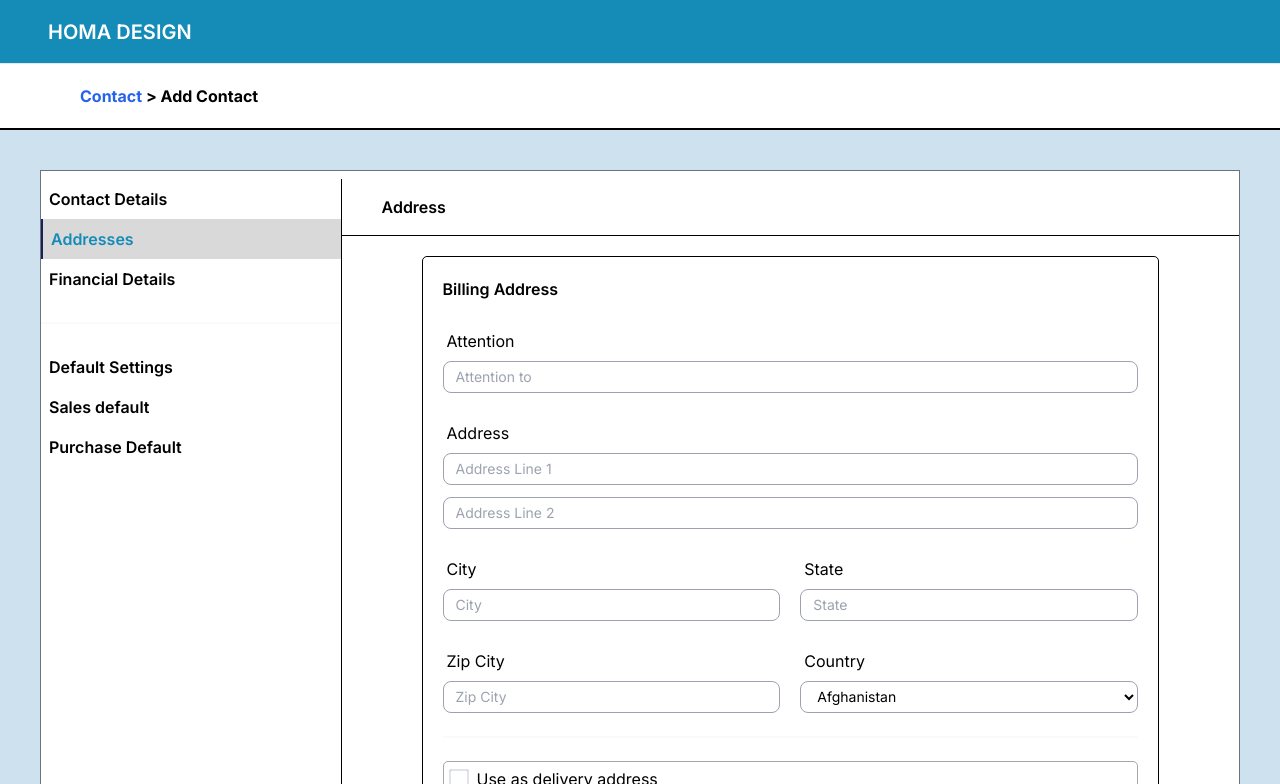
Repository: khairul35/homa-FE
Page: /contact
The author's editor kept a copy of each file at every save. The page is drawn from the files as they stood at one save, then again after the next save.
The browser window is 1280 px wide. The pictures show the whole page.
An inner scrolling area shows only its first screen. The project was rebuilt for these pictures with package versions that can differ from the ones it lists, and the page was loaded fresh each time. The framework's server and built-in components were replaced by stand-ins that run in the browser. Also part of the build but not shown: next.config.js, app/components/layout/header/BusinessMenu.tsx, app/components/layout/header/CompanyMenu.tsx, app/contact/index.component.tsx, app/contact/form/contact-details/index.module.css, app/contact/form/contact-details/index.component.tsx, app/contact/form/contact-details/index.tsx.

Above is the page before, as saved 2024-01-07 21:40:49.

### app/layout.tsx
import type { Metadata } from 'next'
import { Inter } from 'next/font/google'
import Header from './components/layout/Header';
import './globals.css'

const inter = Inter({ subsets: ['latin'] })

export const metadata: Metadata = {
  title: 'MyAccount2U',
  description: 'Accounting System',
}

export default function RootLayout({
  children,
}: {
  children: React.ReactNode
}) {
  return (
    <html lang="en">
      <body className={inter.className}>
        <div className='flex flex-col h-screen'>
          <Header />
          {children}
        </div>
      </body>
    </html>
  )
}

### app/contact/form/index.tsx
'use client';

import { useState } from "react";
import Component from "./index.component";
import { ComponentProps, FormProps } from "./index.props";

const ContactForm = (props: FormProps) => {
    const {
        selectedContact,
        setShow,
        setSelectedContact,
        handleContactChange,
        handlePrimaryPersonChange,
        handlePhoneNumberChange,
        onSaveDetail,
        onCancel,
    } = props;

    const [menu, setMenu] = useState<string>('address');

    const onBack = () => {
        setShow('list');
    };

    const addAnotherPerson = () => {
        const arr = selectedContact?.contactPrimaryPerson || [];
        arr.push({
            firstName: '',
            lastName: '',
            email: '',
        });
        const updatedDetail = {
            ...selectedContact,
            ...arr
        };
        setSelectedContact(updatedDetail);
    };

    const addPhoneNumber = () => {
        const arr = selectedContact?.contactPhoneNumber || [];
        arr.push({
            countryCode: '+60',
            number: '',
        });
        const updatedDetail = {
            ...selectedContact,
            ...arr
        };
        setSelectedContact(updatedDetail);
    };
    const componentProps: ComponentProps = {
        menu,
        selectedContact,
        addAnotherPerson,
        addPhoneNumber,
        setMenu,
        onBack,
        handleContactChange,
        handlePrimaryPersonChange,
        handlePhoneNumberChange,
        onSaveDetail,
        onCancel,
    };

    return (<Component {...componentProps} />)
};

export default ContactForm;

### api/organization/index.ts
import repository from "../repository";
import { CreateOrganizationProps, UpdateOrganizationProps } from "./props";

const resource = '/api/organization';

const api = {
    findMyOrganization() {
        return repository.get(`${resource}/me`);
    },
    findMyOrganizations() {
        return repository.get(`${resource}/me/all`);
    },
    createOrganization(body: CreateOrganizationProps) {
        return repository.post(`${resource}`, body);
    },
    updateOrganization(body: UpdateOrganizationProps) {
        return repository.put(`${resource}`, body);
    },
    updateCurrentOrganization(organizationId: number) {
        return repository.put(`${resource}/current-organization/${organizationId}`);
    },
};

export default api;

### api/repository.ts
import axios from 'axios';
import AuthRepository from './auth';

const repository = axios.create({
    baseURL: 'http://localhost:3000',
});

// Request interceptor to add Bearer token to outgoing requests
repository.interceptors.request.use(
    (config) => {
        const accessToken = localStorage.getItem('accessToken');
        if (accessToken) {
            config.headers.Authorization = `Bearer ${accessToken}`;
        }
        return config;
    },
    (error) => {
        return Promise.reject(error);
    }
);

let isRefreshing = false;
let failedQueue: any = [];

// Function to refresh the session and retry failed requests
async function retryFailedRequests(error: any) {
    if (isRefreshing) {
        try {
            const { data } = await AuthRepository.refreshToken();
            localStorage.setItem('accessToken', data.accessToken);
            localStorage.setItem('refreshToken', data.refreshToken);
            localStorage.setItem('isLogin', 'true');
            failedQueue.forEach((prom: any) => {
                prom.resolve(repository(prom.originalRequest));
            });
            failedQueue = [];
        } catch (error) {
            localStorage.setItem('isLogin', 'false');
            window.location.href = '/login';
            failedQueue.forEach((prom: any) => {
                prom.reject(error);
            });
            failedQueue = [];
        } finally {
            isRefreshing = false;
        }
    }
}

// Response interceptor to handle failed requests due to expired tokens
repository.interceptors.response.use(
    (response) => response,
    async (error) => {
        const {
            config,
            response: { status },
        } = error;

        if (status === 401) {
            const originalRequest = config;
            if (!isRefreshing) {
                isRefreshing = true;
                return new Promise((resolve, reject) => {
                    failedQueue.push({ resolve, reject, originalRequest });
                    retryFailedRequests(error);
                }).then((res) => {
                    return res;
                }).catch((err) => {
                    return Promise.reject(err);
                });
            } else {
                return new Promise((resolve, reject) => {
                    failedQueue.push({ resolve, reject, originalRequest });
                }).then((res) => {
                    return res;
                }).catch((err) => {
                    return Promise.reject(err);
                });
            }
        }
        return Promise.reject(error.response);
    }
);

export default repository;

### app/contact/form/index.module.css
.selectedMenu {
    background: #D9D9D9;
    color: #158BB8;
    border-left: 2px solid #192159 !important;
}

.menu:hover {
    background: #ececec;
    color: #158BB8;
    border-left: 2px solid #192059a1 !important;
}

.leftDivider {
    border-left: 1px solid #000;
}

### app/contact/form/address/index.tsx
'use client';

import Component from "./index.component";
import { ComponentProps, ContactAddressProps } from "./index.props";

const ContactAddress = (props: ContactAddressProps) => {
    const { contact, onCancel } = props;

    const componentProps: ComponentProps = {
        onCancel,
        contact,
    };

    return <Component {...componentProps} />
};

export default ContactAddress;

### api/auth.ts
import repository from "./repository";

const resource = "/api/auth";

const api = {
    login(username: string, password: string) {
        return repository.post(
            `${resource}/login`,
            { username, password },
        );
    },
    refreshToken() {
        return repository.post(
            `${resource}/refreshToken`,
            { refreshToken: localStorage.getItem('refreshToken') },
        );
    },
    logout() {
        return repository.post(`${resource}/logout`);
    },
    logoutAllDevice() {
        return repository.post(`${resource}/logout/all-device`);
    },
};

export default api;

### app/contact/form/address/index.component.tsx
import { ComponentProps } from "./index.props";
import styles from './index.module.css';
import countries from '@/constant/Country.json';

const Component = (props: ComponentProps) => {
    const {contact, onCancel } = props;

    const labelClass = "input-sm input input-bordered  bg-white border-gray-400 w-full"

    const FakeCheckBox = () => {
        if (contact?.isBillingSameAsDelivery) {
            return (
                <svg xmlns="http://www.w3.org/2000/svg" width="20" height="20" viewBox="0 0 30 30" fill="none">
                    <rect width="30" height="30" rx="5" fill="#158BB8"/>
                    <path fill-rule="evenodd" clip-rule="evenodd" d="M21.6894 9C21.3155 9 20.9817 9.14689 20.7413 9.38727L12.3416 17.8003L9.28354 14.7289C9.04316 14.4885 8.70931 14.3416 8.3354 14.3416C7.60093 14.3416 7 14.9425 7 15.677C7 16.0509 7.14689 16.3848 7.38727 16.6251L11.3935 20.6313C11.6338 20.8717 11.9677 21.0186 12.3416 21.0186C12.7155 21.0186 13.0494 20.8717 13.2897 20.6313L22.6376 11.2835C22.8779 11.0432 23.0248 10.7093 23.0248 10.3354C23.0248 9.60093 22.4239 9 21.6894 9Z" fill="white"/>
                </svg>
            );
            }
            return (<FakeEmptyCheckBox />);
    };

    const FakeEmptyCheckBox = () => {
        return (
            <svg xmlns="http://www.w3.org/2000/svg" width="20" height="20" viewBox="0 0 30 30" fill="none">
                <rect width="30" height="30" rx="5" fill="white" stroke="#D1D5DB" strokeWidth="1.5" />
                <rect x="1.75" y="1.75" width="26.5" height="26.5" rx="3.25" stroke="#D1D5DB" strokeWidth="1.5" />
            </svg>
        );
    };

    return (
        <div>
            <h2 className="p-4 pl-10 font-semibold">Address</h2>
            <div className={styles.divider}></div>
            <div className="p-5 lg:pl-20 lg:pr-20">
                <form method="dialog">
                    <div className={styles.addressContainer}>
                        <h2 className="font-semibold">Billing Address</h2>
                        <label className="label mt-5">Attention</label>
                        <input
                            placeholder="Attention to"
                            className={labelClass}
                        />

                        <label className="label mt-5">Address</label>
                        <input
                            placeholder="Address Line 1"
                            className={labelClass}
                        />
                        <input
                            placeholder="Address Line 2"
                            className={`mt-3 ${labelClass}`}
                        />
                        <div className="flex flex-wrap justify-center md:justify-start gap-5">
                            <div className="w-full md:w-[calc(50%-10px)]">
                                <label className="label mt-5">City</label>
                                <input
                                    placeholder="City"
                                    className={labelClass}
                                />
                            </div>
                            <div className="w-full md:w-[calc(50%-10px)]">
                                <label className="label mt-5">State</label>
                                <input
                                    placeholder="State"
                                    className={labelClass}
                                />
                            </div>
                        </div>
                        <div className="flex flex-wrap justify-center md:justify-start gap-5">
                            <div className="w-full md:w-[calc(50%-10px)]">
                                <label className="label mt-5">Zip City</label>
                                <input
                                    placeholder="Zip City"
                                    className={labelClass}
                                />
                            </div>
                            <div className="w-full md:w-[calc(50%-10px)]">
                                <label className="label mt-5">Country</label>
                                    <select
                                        placeholder="Country"
                                        className={labelClass}
                                    >
                                        {
                                            countries.map((e) => (
                                                <option key={e.isoCode} value={e.name}>
                                                    { e.name }
                                                </option>
                                            ))
                                        }
                                    </select>
                            </div>
                        </div>
                        <div className="divider"></div>
                        <div className={styles.billingIsDeliveryCheckBox}>
                            <label className="flex items-center cursor-pointer">
                                <FakeCheckBox />
                                <span className="ml-2">Use as delivery address</span>
                            </label>
                        </div>
                    </div>
                    <div className="divider"></div>
                    <div className={styles.addressContainer}>
                        <h2 className="font-semibold">Delivery Address</h2>
                        <label className="label mt-5">Attention</label>
                        <input
                            placeholder="Attention to"
                            className={labelClass}
                        />

                        <label className="label mt-5">Address</label>
                        <input
                            placeholder="Address Line 1"
                            className={labelClass}
                        />
                        <input
                            placeholder="Address Line 2"
                            className={`mt-3 ${labelClass}`}
                        />
                        <div className="flex flex-wrap justify-center md:justify-start gap-5">
                            <div className="w-full md:w-[calc(50%-10px)]">
                                <label className="label mt-5">City</label>
                                <input
                                    placeholder="City"
                                    className={labelClass}
                                />
                            </div>
                            <div className="w-full md:w-[calc(50%-10px)]">
                                <label className="label mt-5">State</label>
                                <input
                                    placeholder="State"
                                    className={labelClass}
                                />
                            </div>
                        </div>
                        <div className="flex flex-wrap justify-center md:justify-start gap-5">
                            <div className="w-full md:w-[calc(50%-10px)]">
                                <label className="label mt-5">Zip City</label>
                                <input
                                    placeholder="Zip City"
                                    className={labelClass}
                                />
                            </div>
                            <div className="w-full md:w-[calc(50%-10px)]">
                                <label className="label mt-5">Country</label>
                                    <select
                                        placeholder="Country"
                                        className={labelClass}
                                    >
                                        {
                                            countries.map((e) => (
                                                <option key={e.isoCode} value={e.name}>
                                                    { e.name }
                                                </option>
                                            ))
                                        }
                                    </select>
                            </div>
                        </div>
                    </div>
                </form>
            </div>
        </div>
    )
};

export default Component;

### app/contact/form/address/index.module.css
.divider {
    border-bottom: 1px solid #000;
}

.addAnotherPersonAnchor {
    color: #158BB8;
    padding: 5px;
    margin-top: 20px;
    cursor: pointer;
    font-weight: bold;
}

.billingIsDeliveryCheckBox {
    border-radius: 5px;
    border: 1px solid #a9a6a6;
    background: #FFF;
    padding: 5px;
}

.billingIsDeliveryCheckBox:hover {
    background: #f4f4f4;
}

.addressContainer {
    border-radius: 5px;
    border: 1px solid #000;
    background: #FFF;
    padding: 20px;
}

### tailwind.config.ts
import type { Config } from 'tailwindcss'

const config: Config = {
  content: [
    './pages/**/*.{js,ts,jsx,tsx,mdx}',
    './components/**/*.{js,ts,jsx,tsx,mdx}',
    './app/**/*.{js,ts,jsx,tsx,mdx}',
  ],
  theme: {
    extend: {
      backgroundImage: {
        'gradient-radial': 'radial-gradient(var(--tw-gradient-stops))',
        'gradient-conic':
          'conic-gradient(from 180deg at 50% 50%, var(--tw-gradient-stops))',
      },
      backgroundColor: {
        'bg-color': '#CEE1EE', // Define a custom background color class
      },
      button: {
        'primary': '#158BB8',
      },
      fontWeight: {
        'label': '600',
      },
    },
  },
  plugins: [require("daisyui")],
  daisyui: {
    themes: [
      {
        mytheme: {
          "primary": "#158BB8",
          "secondary": "#d926a9",
          "accent": "#1fb2a6",
          "neutral": "#2a323c",
          "base-100": "#1d232a",
          "info": "#3abff8",
          "success": "#36d399",
          "warning": "#fbbd23",
          "error": "#f87272",
        },
      },
    ],
  },
}
export default config

Loaded but not shown: app/globals.css (common file); constant/Country.json (4142 lines, source omitted); app/components/layout/Header.tsx (150 lines, source omitted); app/contact/form/index.component.tsx (146 lines, source omitted); app/contact/page.tsx (120 lines, source omitted)

After the next save:
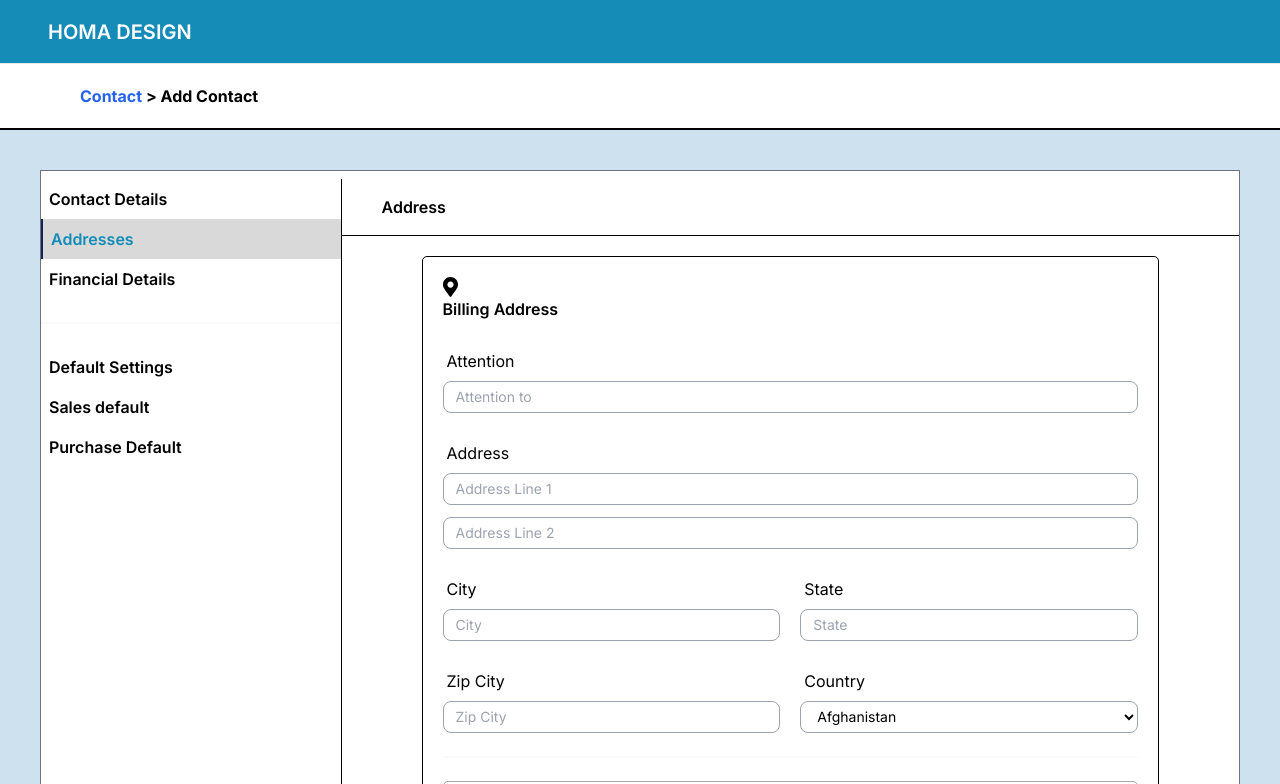
Saved 72 s later.
--- a/app/contact/form/address/index.component.tsx
+++ b/app/contact/form/address/index.component.tsx
@@ -35,7 +35,12 @@
             <div className="p-5 lg:pl-20 lg:pr-20">
                 <form method="dialog">
                     <div className={styles.addressContainer}>
-                        <h2 className="font-semibold">Billing Address</h2>
+                        <h2 className="font-semibold">
+                            <svg xmlns="http://www.w3.org/2000/svg" width="15" height="20" viewBox="0 0 15 20" fill="none">
+                                <path d="M6.72922 19.5965C1.05352 11.3684 0 10.5239 0 7.5C0 3.35785 3.35785 0 7.5 0C11.6421 0 15 3.35785 15 7.5C15 10.5239 13.9465 11.3684 8.27078 19.5965C7.89832 20.1345 7.10164 20.1345 6.72922 19.5965ZM7.5 10.625C9.2259 10.625 10.625 9.2259 10.625 7.5C10.625 5.7741 9.2259 4.375 7.5 4.375C5.7741 4.375 4.375 5.7741 4.375 7.5C4.375 9.2259 5.7741 10.625 7.5 10.625Z" fill="black"/>
+                            </svg>
+                            Billing Address
+                        </h2>
                         <label className="label mt-5">Attention</label>
                         <input
                             placeholder="Attention to"

After the save that followed:
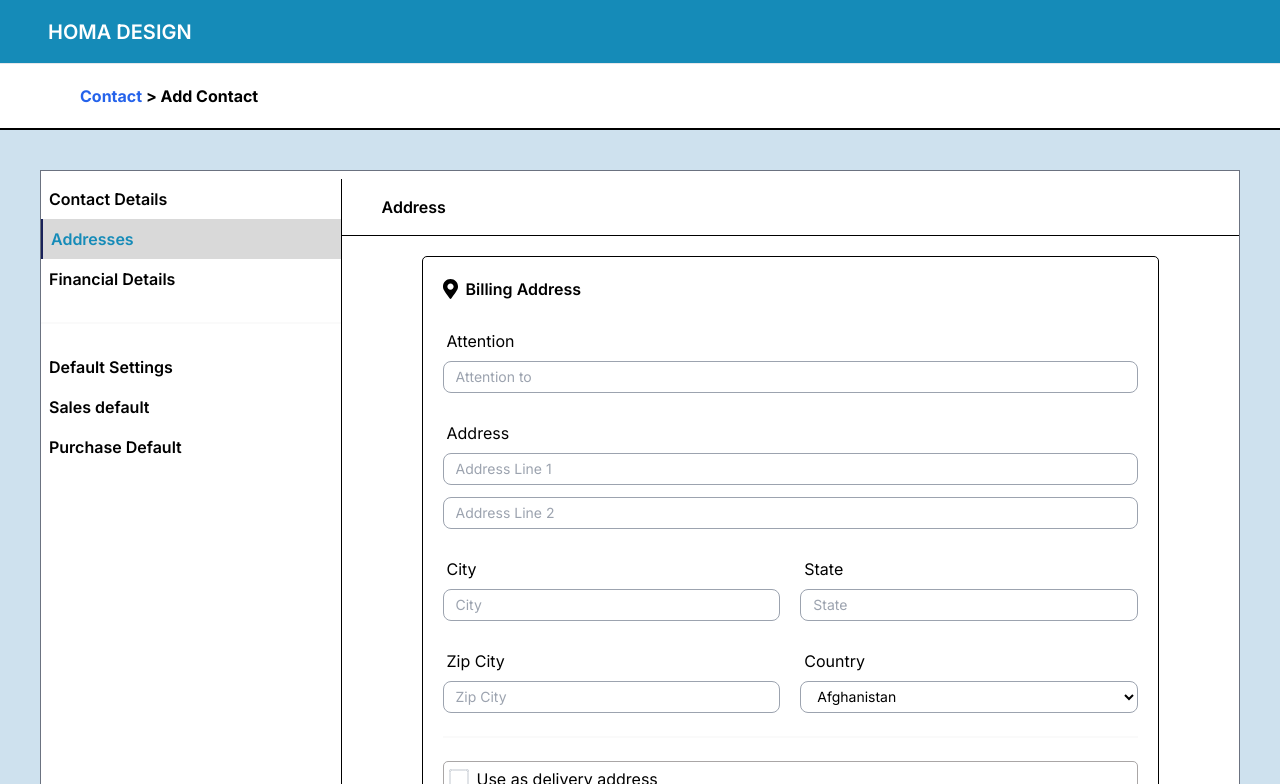
Saved 39 s later.
--- a/app/contact/form/address/index.component.tsx
+++ b/app/contact/form/address/index.component.tsx
@@ -35,12 +35,12 @@
             <div className="p-5 lg:pl-20 lg:pr-20">
                 <form method="dialog">
                     <div className={styles.addressContainer}>
-                        <h2 className="font-semibold">
+                        <div className="flex items-center">
                             <svg xmlns="http://www.w3.org/2000/svg" width="15" height="20" viewBox="0 0 15 20" fill="none">
                                 <path d="M6.72922 19.5965C1.05352 11.3684 0 10.5239 0 7.5C0 3.35785 3.35785 0 7.5 0C11.6421 0 15 3.35785 15 7.5C15 10.5239 13.9465 11.3684 8.27078 19.5965C7.89832 20.1345 7.10164 20.1345 6.72922 19.5965ZM7.5 10.625C9.2259 10.625 10.625 9.2259 10.625 7.5C10.625 5.7741 9.2259 4.375 7.5 4.375C5.7741 4.375 4.375 5.7741 4.375 7.5C4.375 9.2259 5.7741 10.625 7.5 10.625Z" fill="black"/>
                             </svg>
-                            Billing Address
-                        </h2>
+                            <h2 className="font-semibold ml-2">Billing Address</h2>
+                        </div>
                         <label className="label mt-5">Attention</label>
                         <input
                             placeholder="Attention to"
